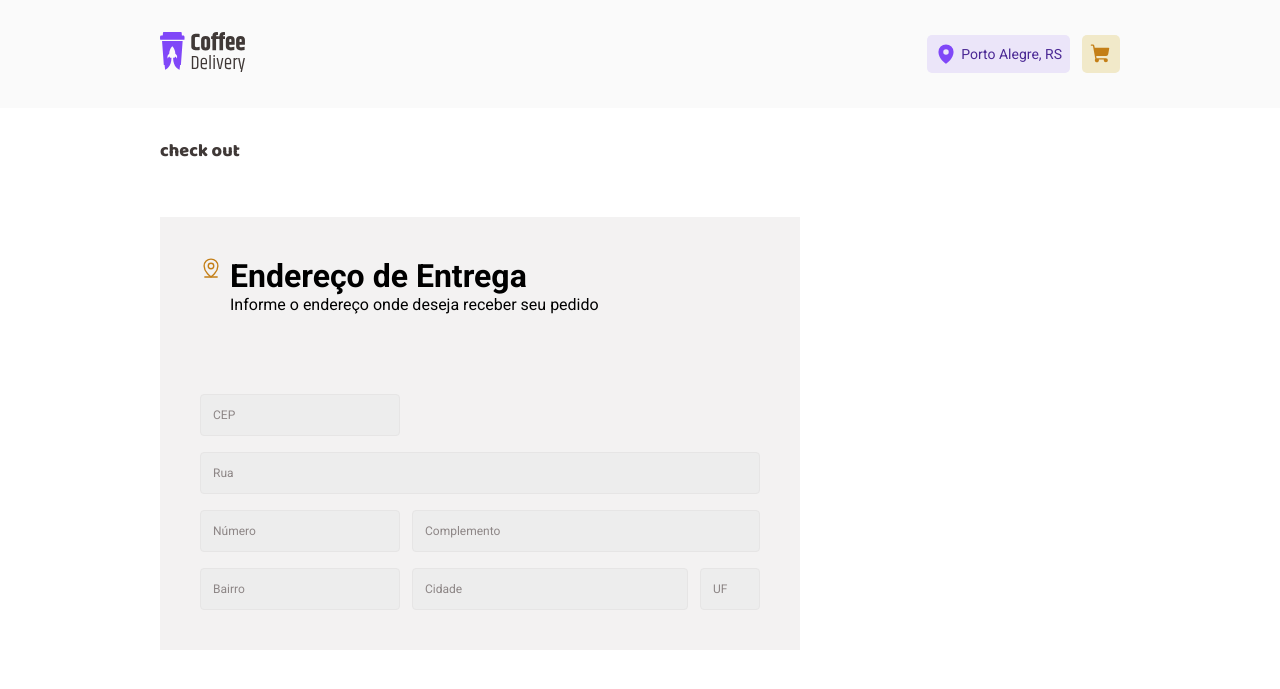
Repository: caueenrico/CoffeDelivery
Page: /checkout
The author's editor kept a copy of each file at every save. The page is drawn from the files as they stood at one save, then again after the next save.
The browser window is 1280 px wide. The pictures show the whole page.
The project was rebuilt for these pictures with package versions that can differ from the ones it lists, and the page was loaded fresh each time. Also part of the build but not shown: vite.config.ts, src/components/CoffesOptions/styled.ts, src/components/CoffeCards/styles.ts, src/components/IpuntNumber/styles.ts, src/components/IpuntNumber/index.tsx, src/components/CartOfCard/styles.ts, src/components/CartOfCard/index.tsx, src/utils/formatMoney.ts and 4 more.

Above is the page before, as saved 2022-09-22 15:28:28.

After the next save:
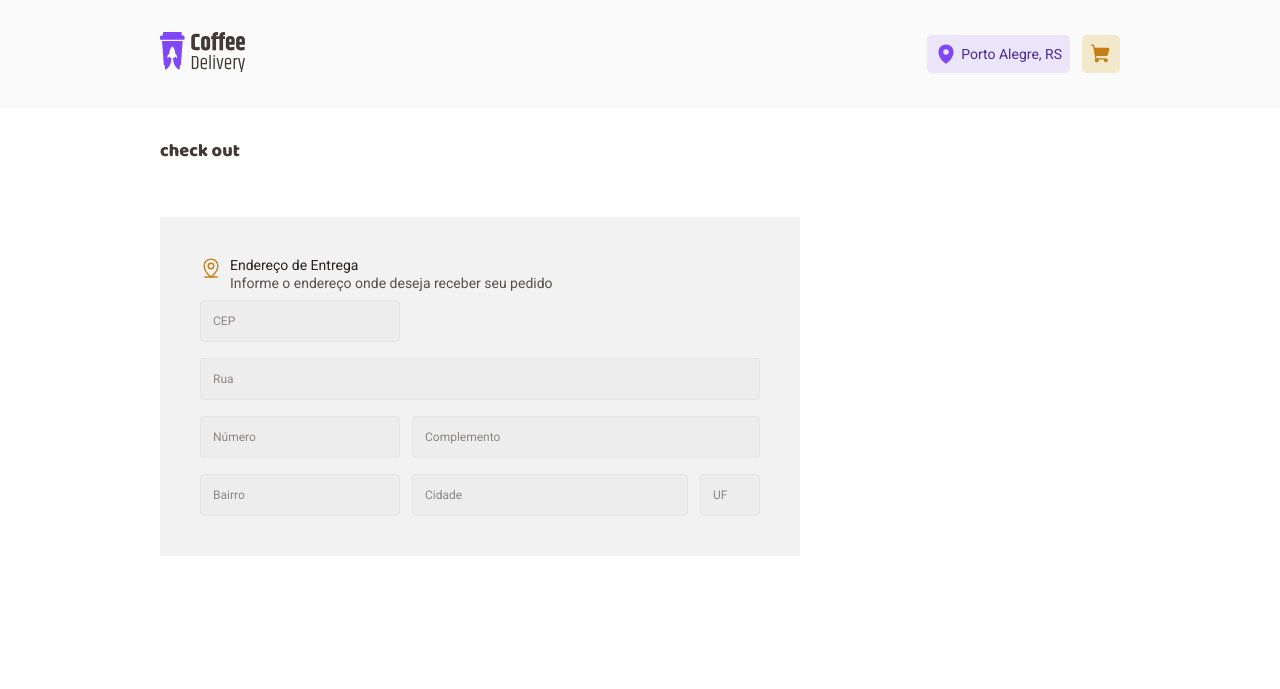
Saved 4 s later.
--- a/src/pages/CheckOut/components/TextosCheck/styles.ts
+++ b/src/pages/CheckOut/components/TextosCheck/styles.ts
@@ -4,7 +4,7 @@ export const SectionTitleContainer = styled.div`
   display: flex;
   gap: 0.5rem;
   margin: 40px;
-  mar
+  margin-bottom: -32px;
 
   div{
     h1{
